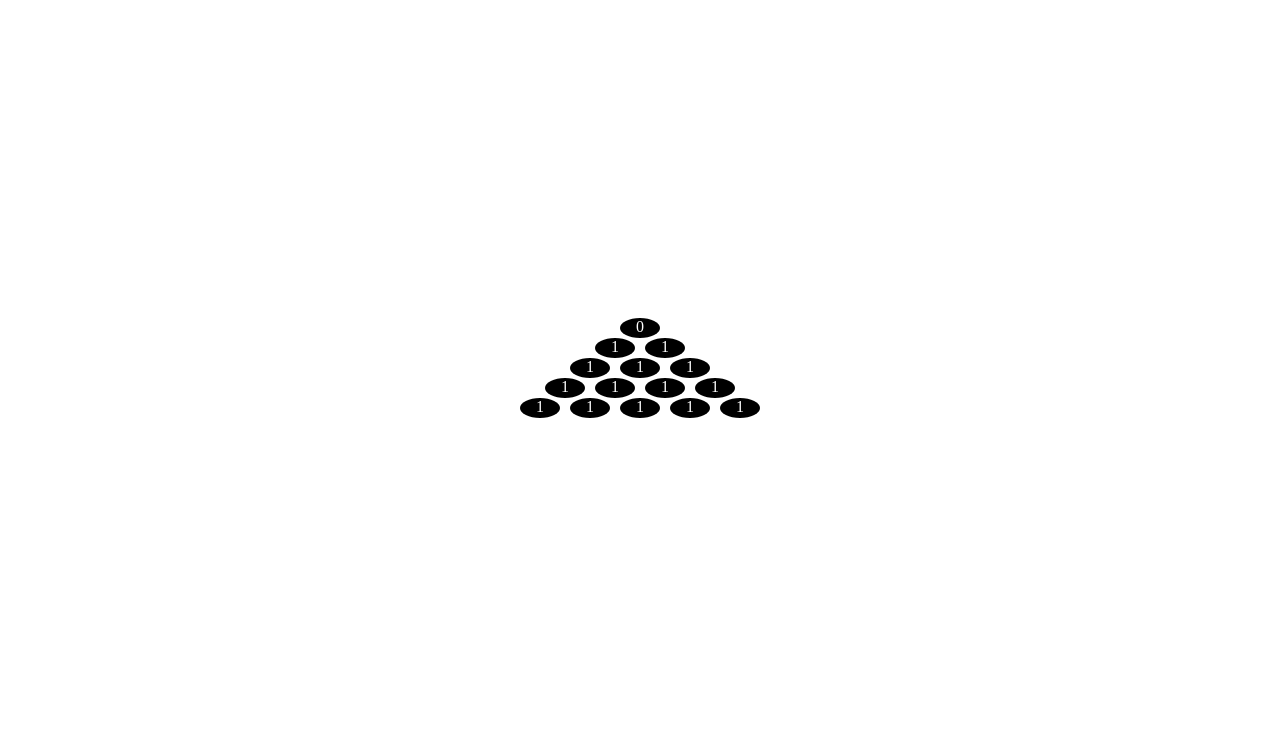
Repository: Yash19075/Mathematical-Peg-game
Page: Peg-game.html
The author's editor kept a copy of each file at every save. The page is drawn from the files as they stood at one save, then again after the next save.
The browser window is 1280 px wide. The pictures show the whole page.

Above is the page before, as saved 2025-03-15 11:58:55.

After the next save:
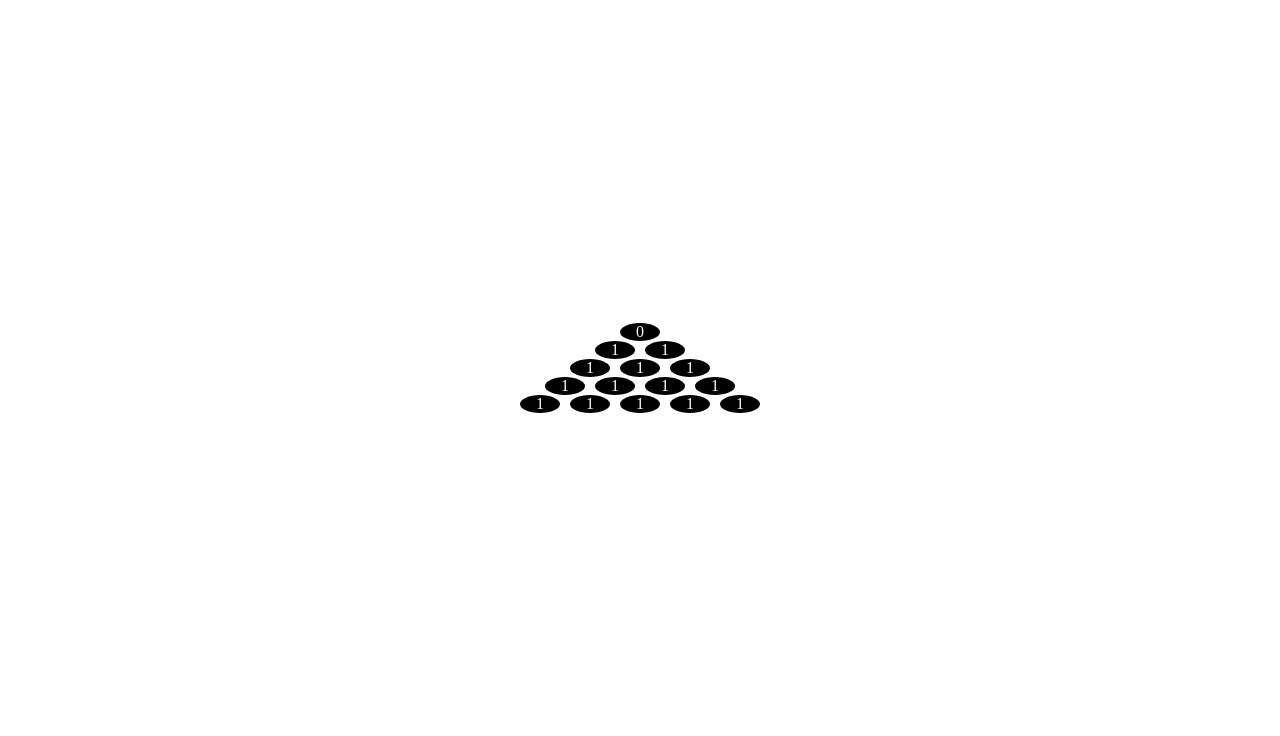
Saved 8 s later.
--- a/Peg-game.css
+++ b/Peg-game.css
@@ -23,6 +23,6 @@ body {
     color: white;
     width: 40px;
     /* align-items: center; */
-    height: 20px;
+    /* height: 20px; */
     text-align: center;
 }
